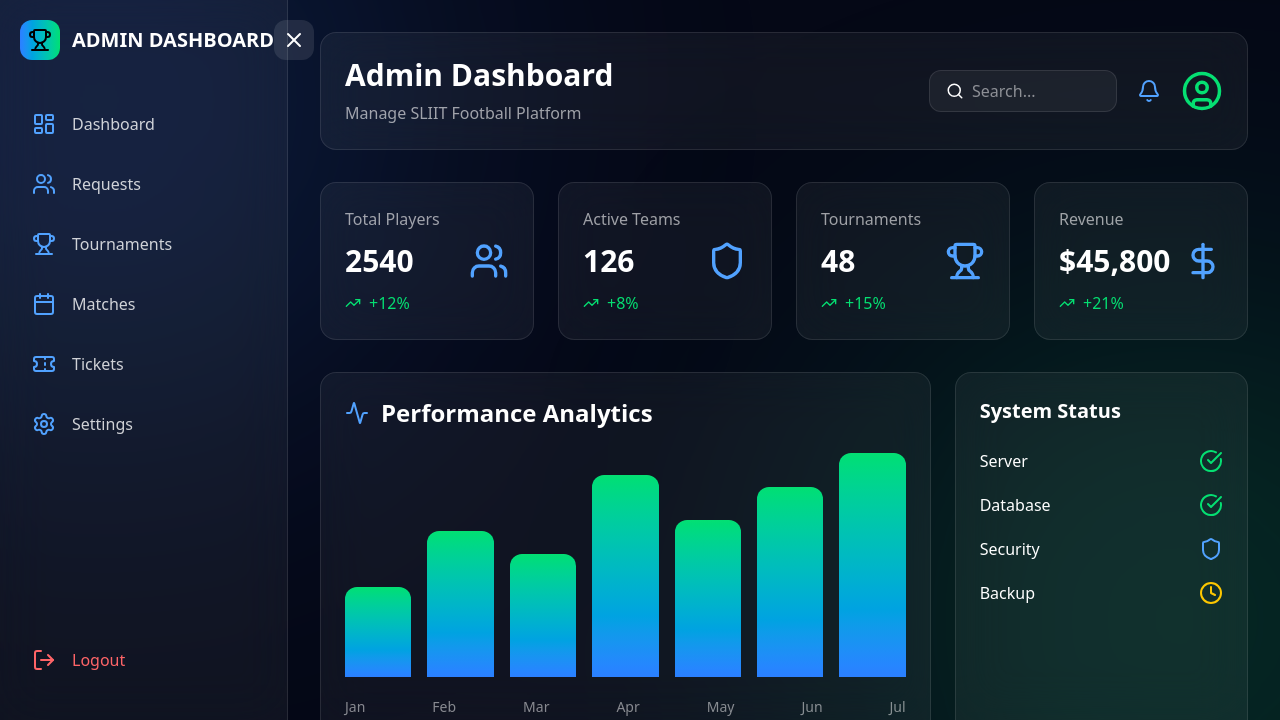
Repository: azeez6789/springboot-footbal-web
Page: / (app in client/)
An editor plug-in stored every save of this project. The page is shown before and after the next save, followed by the edit.
The browser window is 1280 px wide. The pictures show the whole page.
An inner scrolling area shows only its first screen. The project was rebuilt for these pictures with package versions that can differ from the ones it lists, and the page was loaded fresh each time. Also part of the build but not shown: client/vite.config.js, client/src/common/services/userService.js, client/src/common/pages/home.jsx, client/src/common/component/login.jsx, client/src/common/component/register.jsx, client/src/common/component/About.jsx, client/src/common/pages/tournament.jsx, client/src/common/pages/event.jsx and 2 more.

Above is the page before, as saved 2026-07-17 20:24:00.

After the next save:
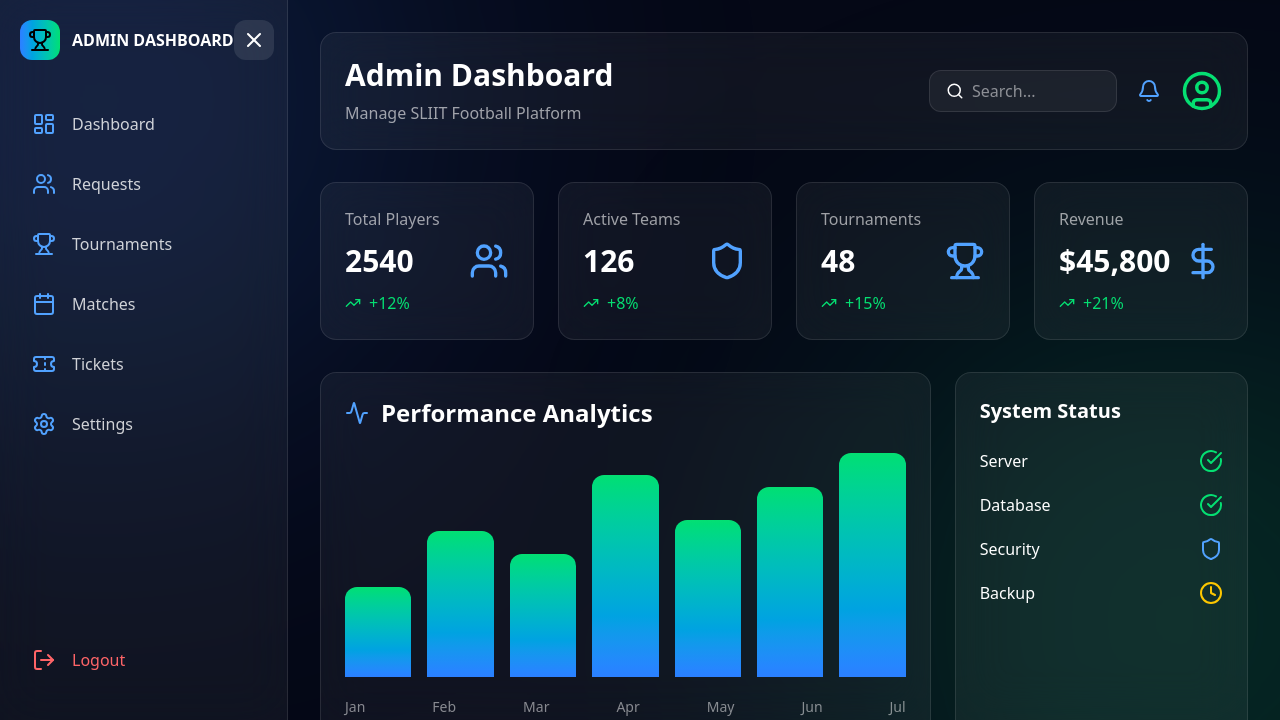
Saved 19 s later.
--- a/client/src/function-01/pages/AdminDashboard.jsx
+++ b/client/src/function-01/pages/AdminDashboard.jsx
@@ -73,7 +73,7 @@ export default function AdminDashboard() {
                 <div className="p-2 rounded-xl bg-gradient-to-r from-blue-500 to-green-400">
                   <Trophy className="text-black" />
                 </div>
-                <h1 className="text-xl font-bold whitespace-nowrap"> ADMIN DASHBOARD</h1>
+                <h1 className="text-L font-bold whitespace-nowrap"> ADMIN DASHBOARD</h1>
               </div>
             )}
             <button
